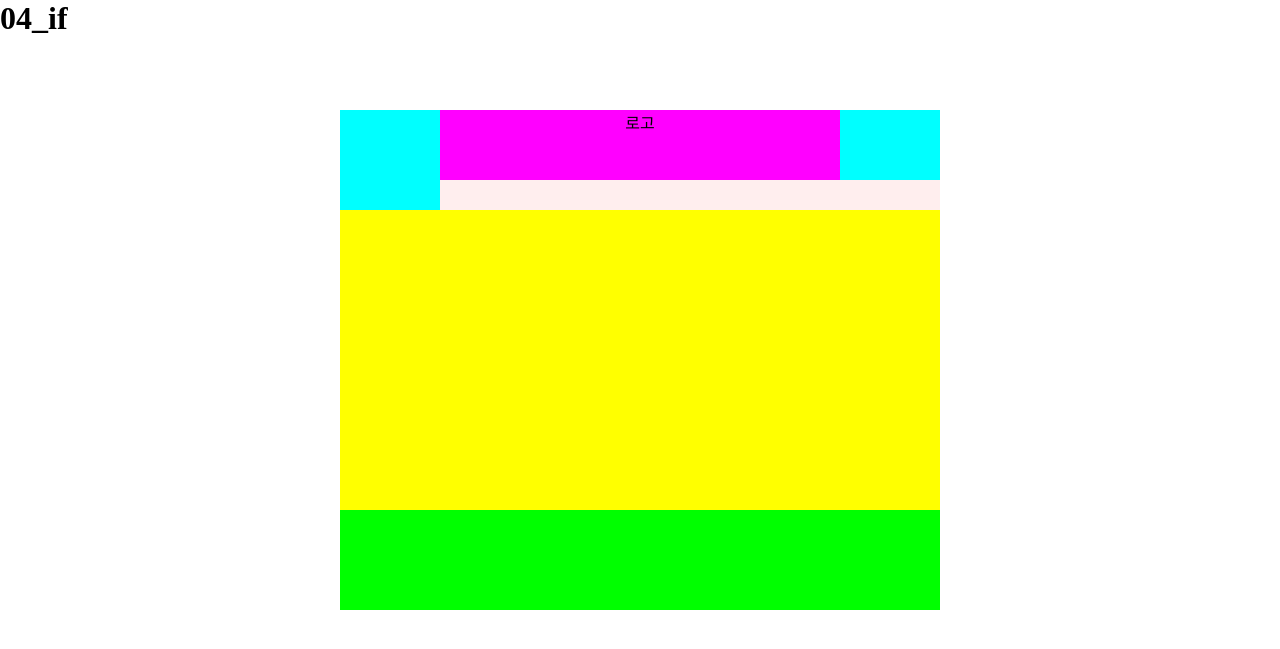
Repository: psun2/Korea-IT-Academy
Page: (back up) _ 오전/study_a/web_work/scriptProj/WebContent/first/04_if.html
The author's editor kept a copy of each file at every save. The page is drawn from the files as they stood at one save, then again after the next save.
The browser window is 1280 px wide. The pictures show the whole page.

Above is the page before, as saved 2020-07-30 04:42:10.

### (back up) _ 오전/study_a/web_work/scriptProj/WebContent/first/04_if.html
<!DOCTYPE html>
<html>
<head>
<meta charset="UTF-8">
<title>04_if</title>
<style>
html, body{
	width:100%;
	height:100%;
}
*{
	margin:0;
	padding:0;
}
.wrapper{
	/*margin:0 auto;*/
	left: 50%;
	top: 50%;
	margin-left:-300px;
	margin-top:-250px;
	position: absolute;
	width:600px;
	height: 500px;
	background: #f00;
}
header{
	width:100%;
	height: 100px;
	background: #0ff;
}
section{
	width:100%;
	height: 300px;
	background: #ff0;
}
footer{
	width:100%;
	height: 100px;
	background: #0f0;
}
.logo{
	width:400px;
	height:70px;
	background: #f0f;
	margin:0 auto;
	text-align: center;
}
.loginDiv{
	width:500px;
	height:30px;
	background: #fee;
	float:right;

}

</style>
<script>

	var pid = ''


	if(pid) {

		var logData = '로그인 성공';
	}else{
		logData = '로그인 실패';
	}
</script>
</head>
<body>
<h1>04_if</h1>
<div class="wrapper">
	<header>
		<div class='logo'>로고</div>
		<div class='loginDiv'>
		<script>

		</script>
		</div>
	</header>
	<section></section>
	<footer></footer>
</div>
</body>
</html>

After the next save:
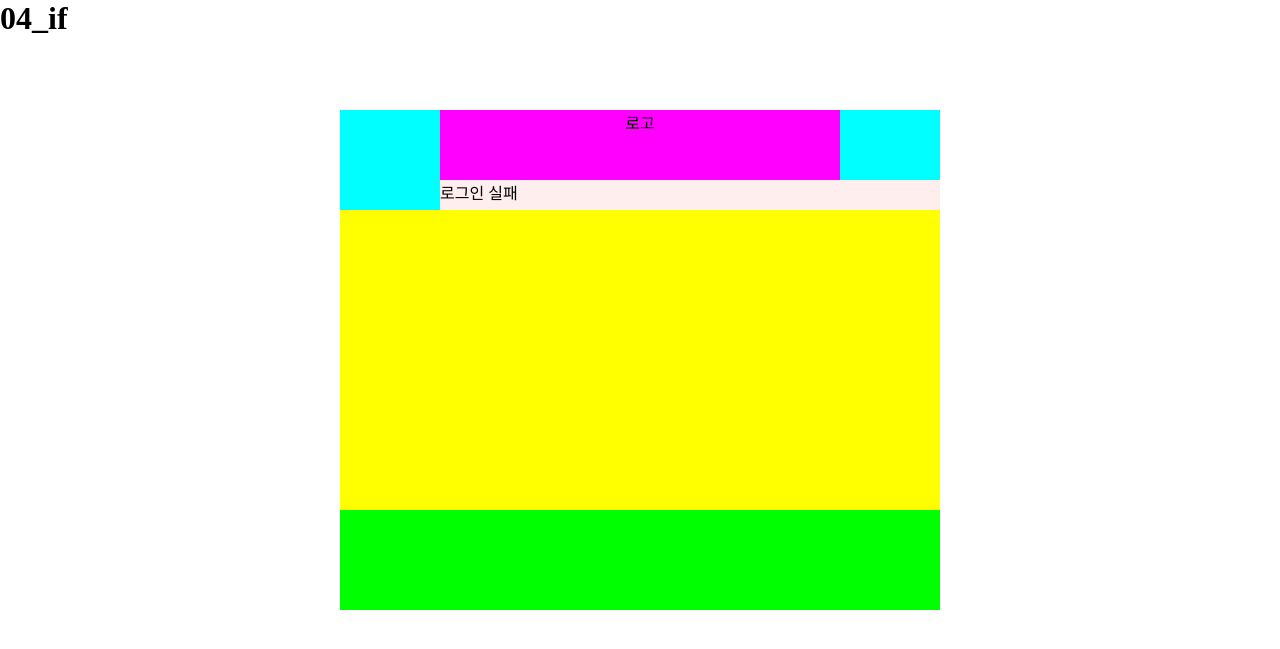
Saved 62 s later.
--- a/(back up) _ 오전/study_a/web_work/scriptProj/WebContent/first/04_if.html
+++ b/(back up) _ 오전/study_a/web_work/scriptProj/WebContent/first/04_if.html
@@ -74,7 +74,7 @@ footer{
 		<div class='logo'>로고</div>
 		<div class='loginDiv'>
 		<script>
-
+			document.write(logData )
 		</script>
 		</div>
 	</header>
